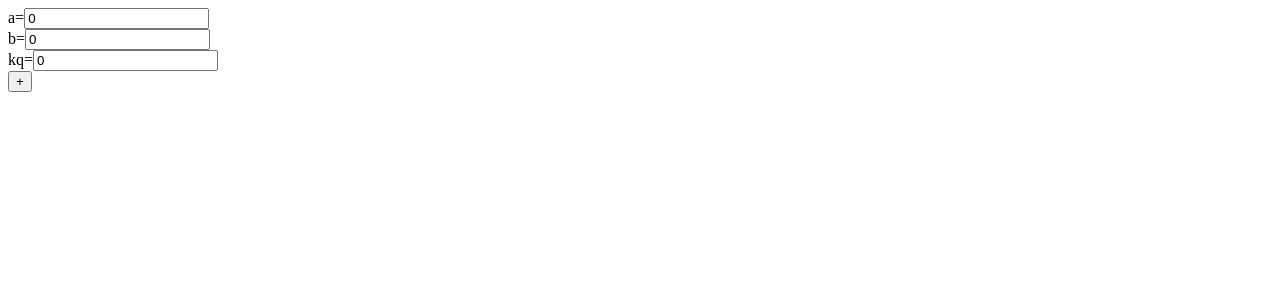
Repository: PhanCanhThoi/javaNangCao-Truong
Page: http://localhost/Nhom6/MayTinh.jsp
An editor plug-in stored every save of this project. The page is shown before and after the next save, followed by the edit.
The browser window is 1280 px wide. The pictures show the whole page.
The page is served by Tomcat 9.

Above is the page before, as saved 2024-09-17 02:31:23.

After the next save:
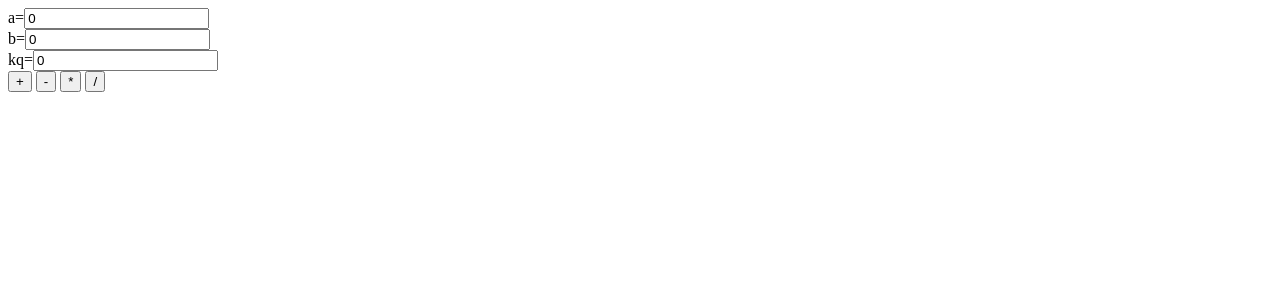
Saved 70 s later.
--- a/CodeJava/Nhom6/src/main/webapp/MayTinh.jsp
+++ b/CodeJava/Nhom6/src/main/webapp/MayTinh.jsp
@@ -15,6 +15,9 @@
 		b=<input type="number" name="txtb" value="<%=((b==null)?"0":b)%>"> <br>
 		kq=<input type="number" name="txtkq" value="<%=((kq==null)?"0":kq)%>"> <br>
 		<input type="submit" name="butcong" value="+">
+		<input type="submit" name="butcong" value="-">
+		<input type="submit" name="butcong" value="*">
+		<input type="submit" name="butcong" value="/">
 	</form>
 </body>
 </html>
